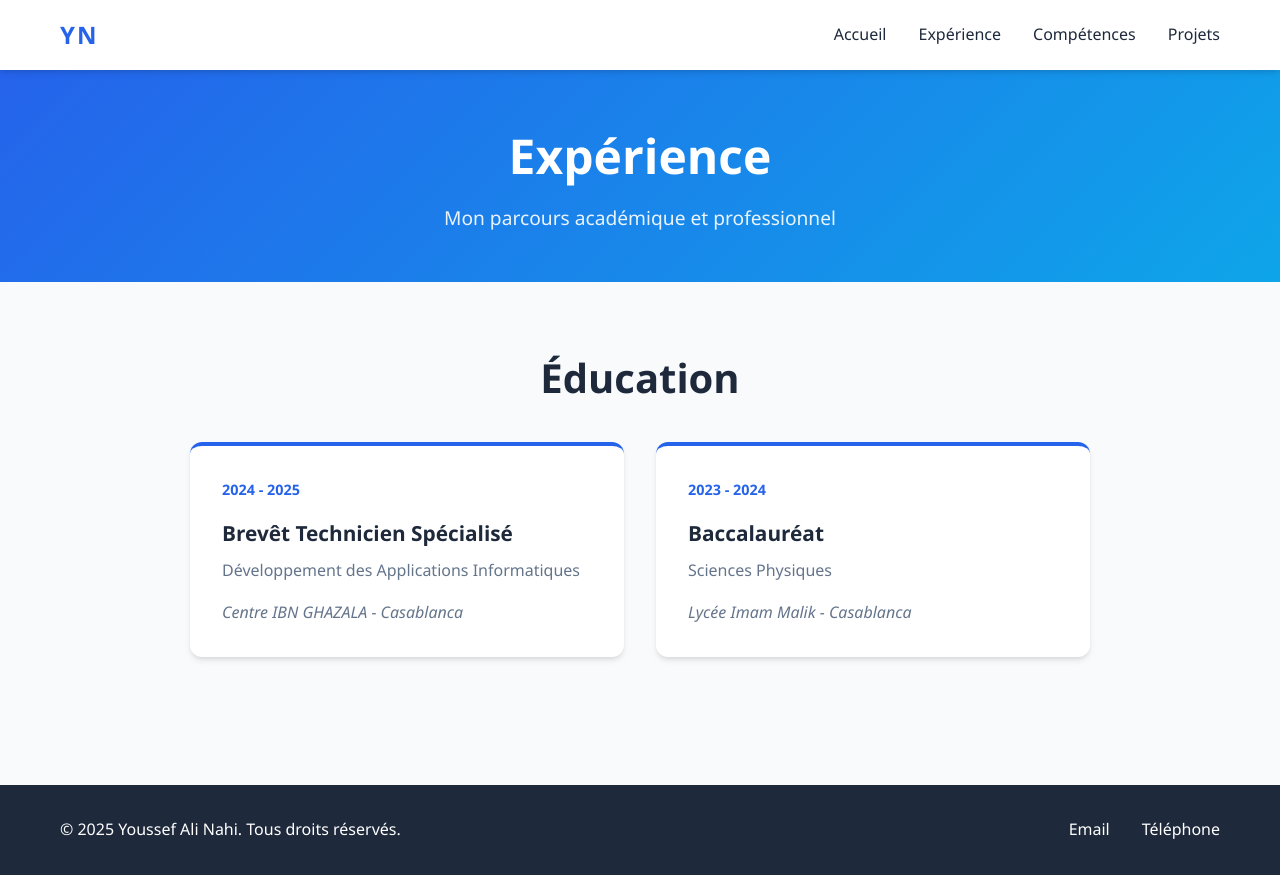
Repository: Youssef-Nahi504/My_Portfolio
Page: Education.html
These files come from the project's save history. The page is drawn as it stood at one moment and after a run of saves; the edit follows.
The browser window is 1280 px wide. The pictures show the whole page.

Above is the page before, as saved 2025-12-19 16:03:07.

After the next 2 saves:
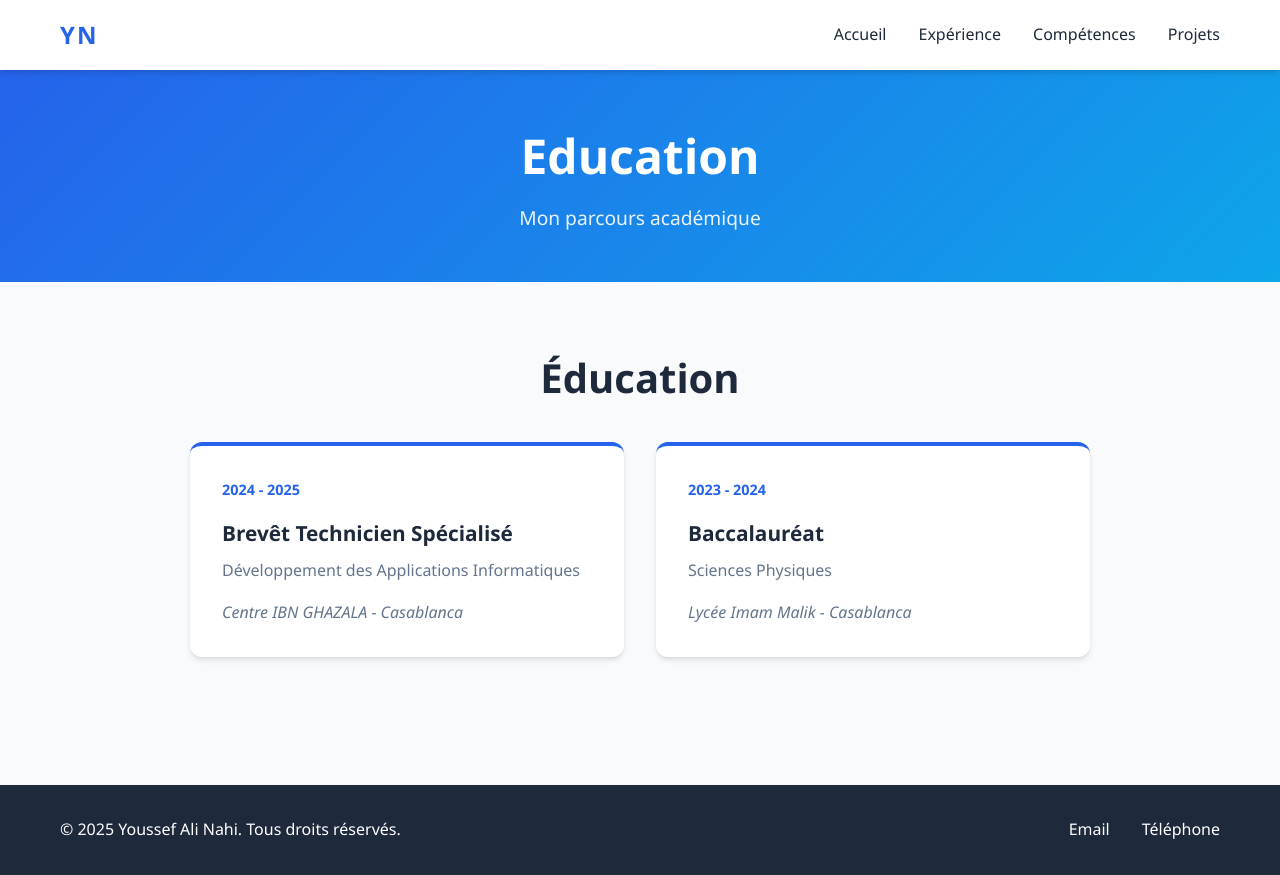
The 2 saves are shown as one change because they came seconds apart.
The last was saved 44 s later.
--- a/Education.html
+++ b/Education.html
@@ -27,8 +27,8 @@
     <main>
         <section class="page-header">
             <div class="container">
-                <h1>Expérience</h1>
-                <p>Mon parcours académique et professionnel</p>
+                <h1>Education</h1>
+                <p>Mon parcours académique</p>
             </div>
         </section>
 
